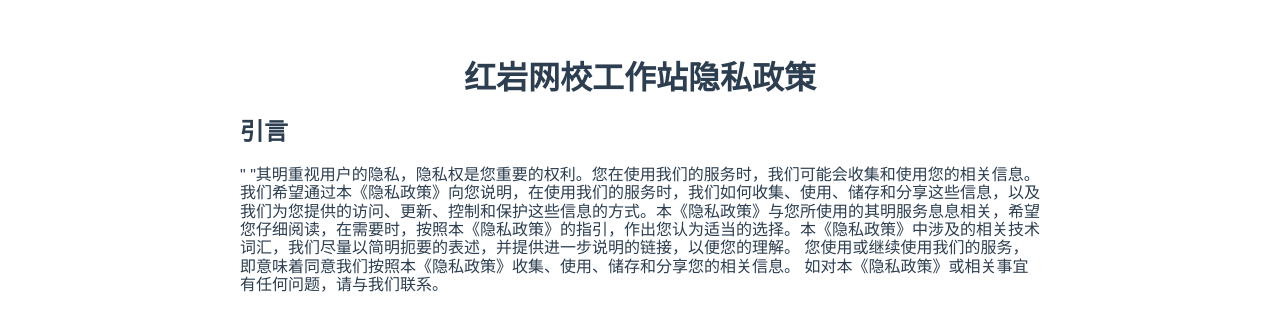
Repository: zl-mdc/privacy-policy
Page: /
These files come from the project's save history. The page is drawn as it stood at one moment and after the next save; the edit follows.
The browser window is 1280 px wide. The pictures show the whole page.
The project was rebuilt for these pictures with package versions that can differ from the ones it lists, and the page was loaded fresh each time.

Above is the page before, as saved 2020-09-17 15:33:21.

### src/main.js
import Vue from 'vue'
import App from './App.vue'
import 'normalize.css'

Vue.config.productionTip = false

new Vue({
  render: h => h(App),
}).$mount('#app')

### src/App.vue
<template>
  <div id="app">
    <Info />
  </div>
</template>

<script>
import Info from './components/Info';

export default {
  name: 'App',
  components: {
    Info
  }
}
</script>

<style>
#app {
  font-family: Avenir, Helvetica, Arial, sans-serif;
  -webkit-font-smoothing: antialiased;
  -moz-osx-font-smoothing: grayscale;
  text-align: center;
  color: #2c3e50;
  margin-top: 60px;
}
</style>

### src/components/Info.vue
<!--
 * @Author: Code_Master
 * @Date: 2020-09-17 15:00:51
 * @LastEditTime: 2020-09-17 15:33:21
 * @LastEditors: Code_Master
 * @FilePath: /privacy-policy/src/components/Info.vue
 * @Description: The first 90% of the code accounts for the first 90% of the development time. The remaining 10% of the code accounts for the other 90% of the development time.
-->
<template>
    <div id="info">
          <h1>红岩网校工作站隐私政策</h1>

          <h2>引言</h2>
          <p><span>"       "</span>其明重视用户的隐私，隐私权是您重要的权利。您在使用我们的服务时，我们可能会收集和使用您的相关信息。我们希望通过本《隐私政策》向您说明，在使用我们的服务时，我们如何收集、使用、储存和分享这些信息，以及我们为您提供的访问、更新、控制和保护这些信息的方式。本《隐私政策》与您所使用的其明服务息息相关，希望您仔细阅读，在需要时，按照本《隐私政策》的指引，作出您认为适当的选择。本《隐私政策》中涉及的相关技术词汇，我们尽量以简明扼要的表述，并提供进一步说明的链接，以便您的理解。 您使用或继续使用我们的服务，即意味着同意我们按照本《隐私政策》收集、使用、储存和分享您的相关信息。 如对本《隐私政策》或相关事宜有任何问题，请与我们联系。 </p>
    </div>
</template>

<script>
export default {
    name: "Info",
}
</script>

<style>
    #info {
        width: 800px;
        margin: 0 auto;
    }
    h2 {
        text-align: left;
    }
    p {
        text-align: left;
    }
</style>

Loaded but not shown: public/index.html (common file)

After the next save:
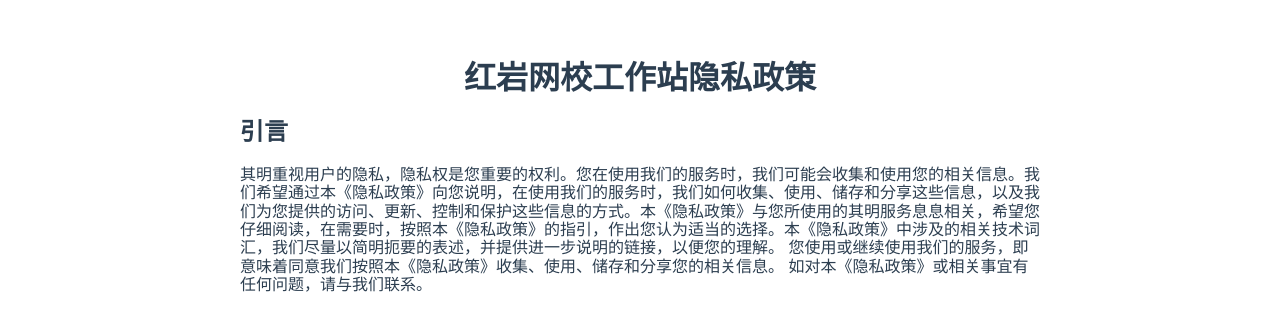
Saved 8 s later.
--- a/src/components/Info.vue
+++ b/src/components/Info.vue
@@ -1,7 +1,7 @@
 <!--
  * @Author: Code_Master
  * @Date: 2020-09-17 15:00:51
- * @LastEditTime: 2020-09-17 15:33:21
+ * @LastEditTime: 2020-09-17 15:33:29
  * @LastEditors: Code_Master
  * @FilePath: /privacy-policy/src/components/Info.vue
  * @Description: The first 90% of the code accounts for the first 90% of the development time. The remaining 10% of the code accounts for the other 90% of the development time.
@@ -11,7 +11,7 @@
           <h1>红岩网校工作站隐私政策</h1>
 
           <h2>引言</h2>
-          <p><span>"       "</span>其明重视用户的隐私，隐私权是您重要的权利。您在使用我们的服务时，我们可能会收集和使用您的相关信息。我们希望通过本《隐私政策》向您说明，在使用我们的服务时，我们如何收集、使用、储存和分享这些信息，以及我们为您提供的访问、更新、控制和保护这些信息的方式。本《隐私政策》与您所使用的其明服务息息相关，希望您仔细阅读，在需要时，按照本《隐私政策》的指引，作出您认为适当的选择。本《隐私政策》中涉及的相关技术词汇，我们尽量以简明扼要的表述，并提供进一步说明的链接，以便您的理解。 您使用或继续使用我们的服务，即意味着同意我们按照本《隐私政策》收集、使用、储存和分享您的相关信息。 如对本《隐私政策》或相关事宜有任何问题，请与我们联系。 </p>
+          <p><span></span>其明重视用户的隐私，隐私权是您重要的权利。您在使用我们的服务时，我们可能会收集和使用您的相关信息。我们希望通过本《隐私政策》向您说明，在使用我们的服务时，我们如何收集、使用、储存和分享这些信息，以及我们为您提供的访问、更新、控制和保护这些信息的方式。本《隐私政策》与您所使用的其明服务息息相关，希望您仔细阅读，在需要时，按照本《隐私政策》的指引，作出您认为适当的选择。本《隐私政策》中涉及的相关技术词汇，我们尽量以简明扼要的表述，并提供进一步说明的链接，以便您的理解。 您使用或继续使用我们的服务，即意味着同意我们按照本《隐私政策》收集、使用、储存和分享您的相关信息。 如对本《隐私政策》或相关事宜有任何问题，请与我们联系。 </p>
     </div>
 </template>
 
